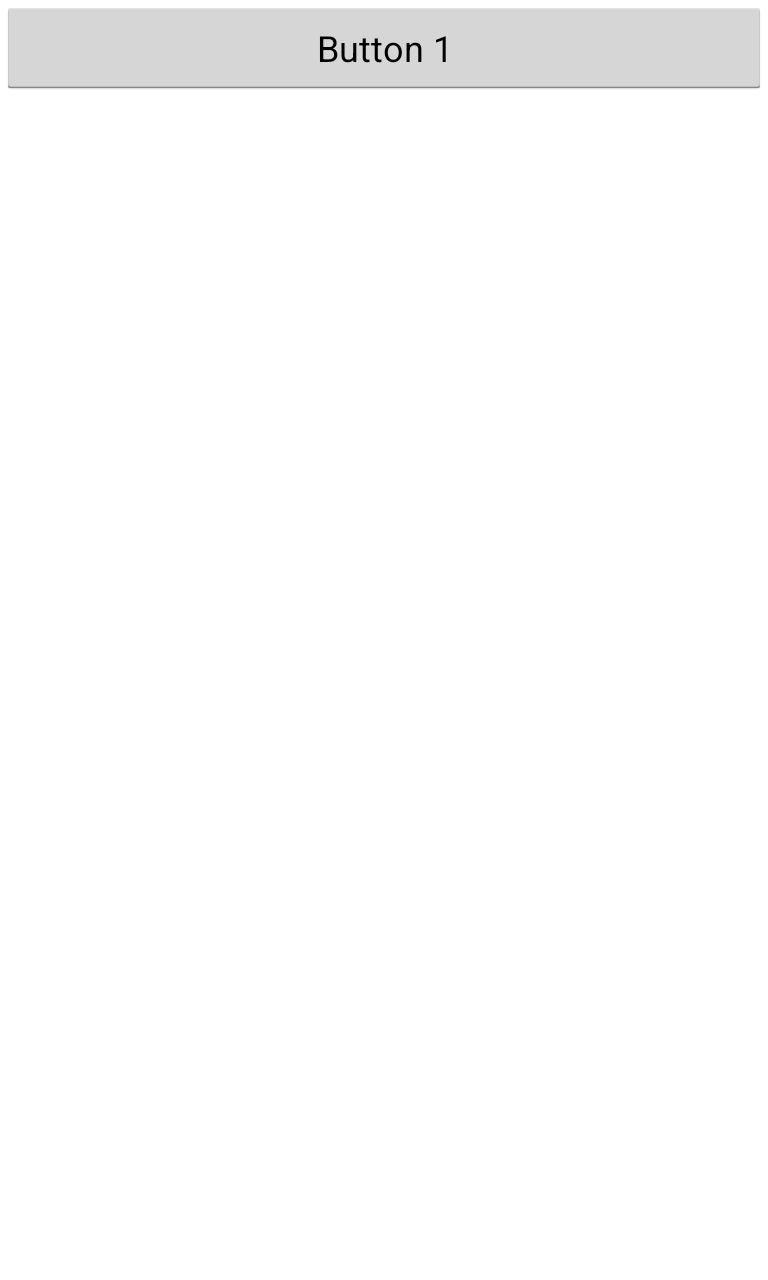
Repository: hohoTT/Android_summarize
Layout: ActivityTest/res/layout/first_layout.xml
An editor plug-in stored every save of this project. The layout is shown before and after the next save, followed by the edit.
It is drawn on a 768 x 1280 px phone screen (xhdpi) without system bars, with theme AppTheme; the app's code is not run.

Above is the layout before, as saved 2016-02-21 13:47:20.

After the next save:
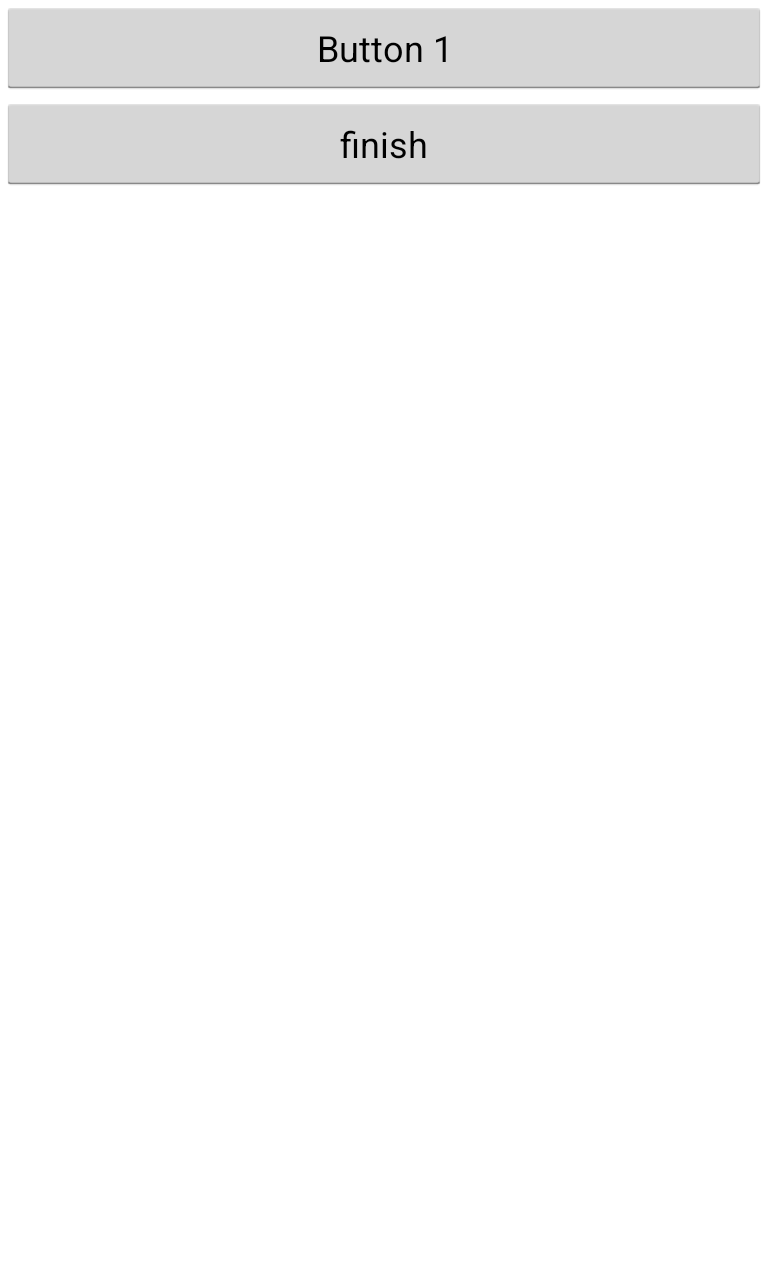
Saved 7 min 47 s later.
--- a/ActivityTest/res/layout/first_layout.xml
+++ b/ActivityTest/res/layout/first_layout.xml
@@ -10,4 +10,10 @@
         android:layout_height="wrap_content"
         android:text="Button 1" />
 
+    <Button
+        android:id="@+id/button_finish"
+        android:layout_width="match_parent"
+        android:layout_height="wrap_content"
+        android:text="finish" />
+
 </LinearLayout>
